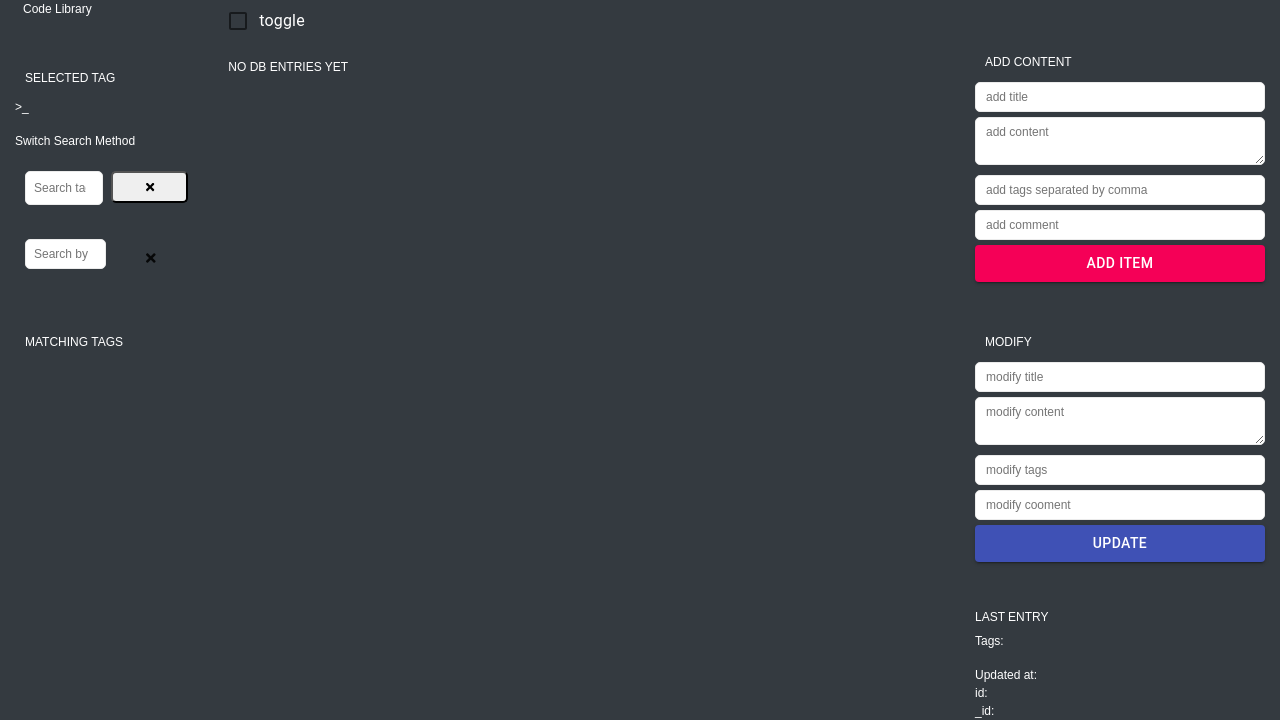
Repository: rotegras/codeappmdb
Page: / (app in client/)
These files come from the project's save history. The page is drawn as it stood at one moment and after the next save; the edit follows.
The browser window is 1280 px wide. The pictures show the whole page.
The page's requests for data from a server got no answer. The project was rebuilt for these pictures with package versions that can differ from the ones it lists, and the page was loaded fresh each time. No one was signed in, and anything a server would have sent is missing. Also part of the build but not shown: client/src/Components/ActionButton.js, client/src/Components/ListItems.js.

Above is the page before, as saved 2020-01-27 13:28:29.

After the next save:
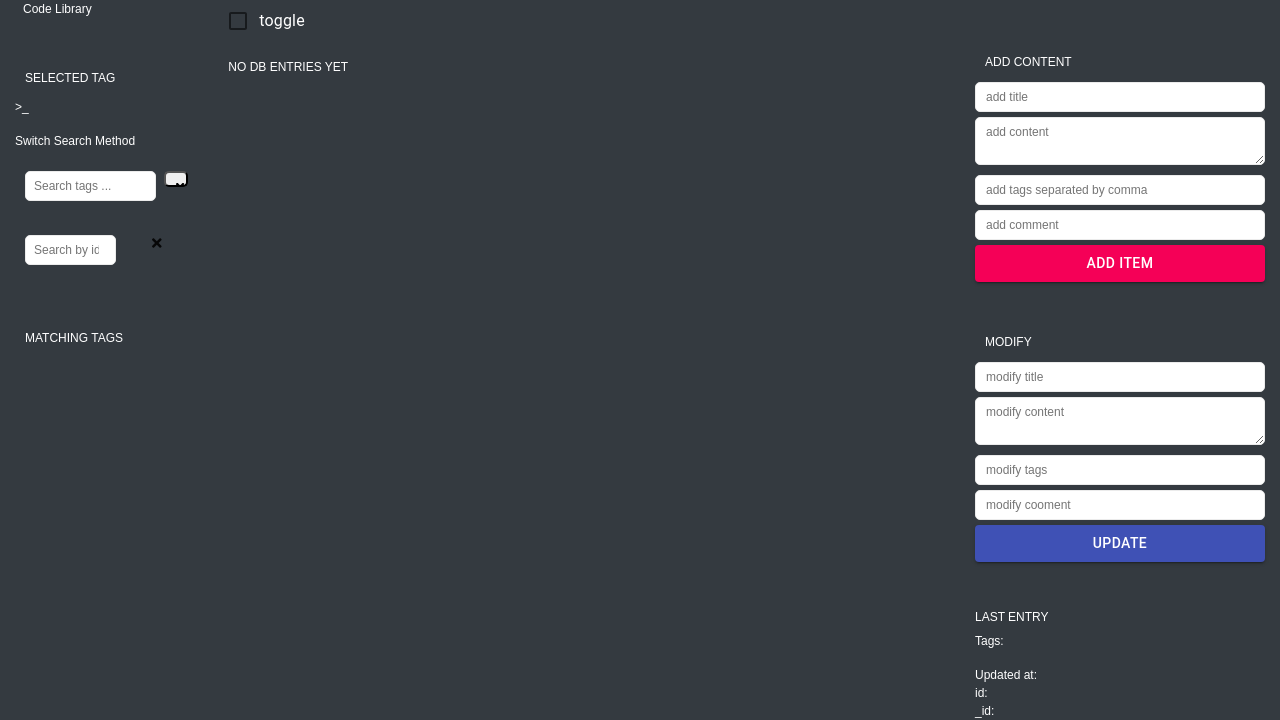
Saved 12 s later.
--- a/client/src/Components/listitems.css
+++ b/client/src/Components/listitems.css
@@ -2,7 +2,7 @@
     padding: .5rem 0;
 }
 
-.action-icon > span {
+.action-icon {
     width: 1rem !important;
     height: 1rem !important;
     overflow: hidden;

After the 2 saves that followed:
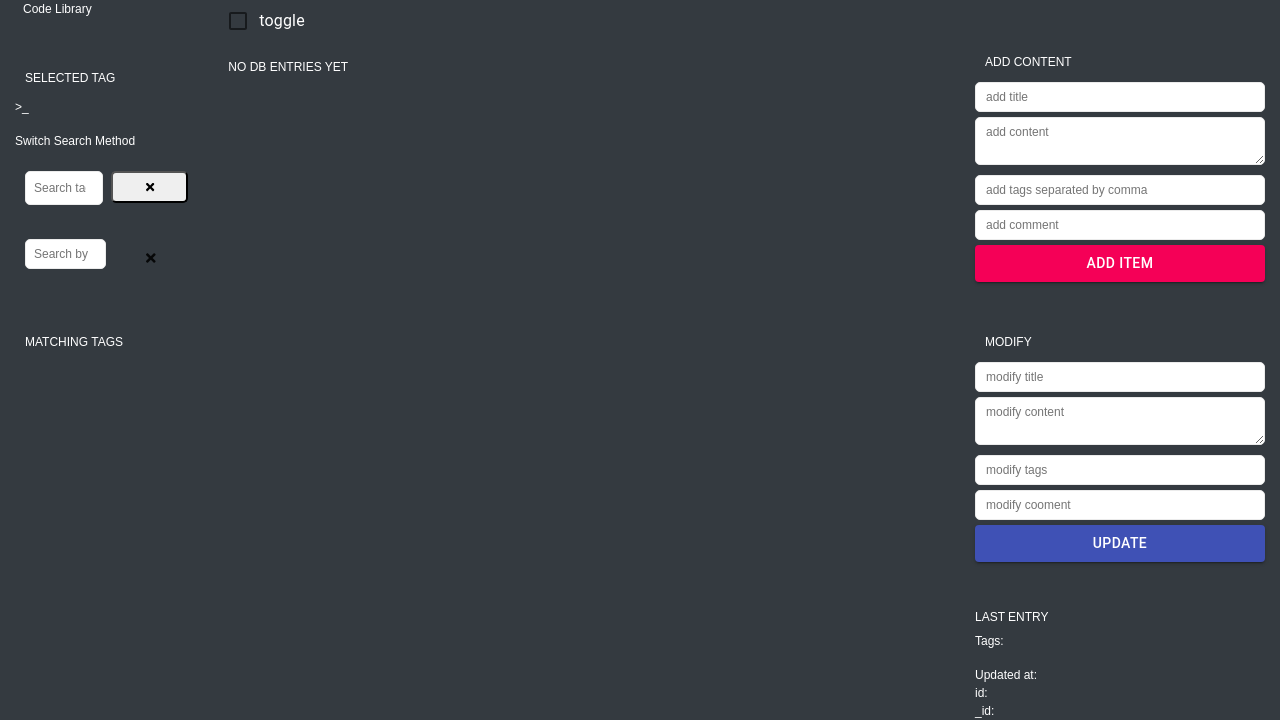
The 2 saves are shown as one change because 1 left the picture as it was.
The last was saved 82 s later.
--- a/client/src/Components/listitems.css
+++ b/client/src/Components/listitems.css
@@ -3,7 +3,8 @@
 }
 
 .action-icon {
-    width: 1rem !important;
-    height: 1rem !important;
-    overflow: hidden;
+    /* position: relative; */
+    /* width: 1rem !important; */
+    /* height: 1rem !important; */
+    /* overflow: hidden; */
 }
